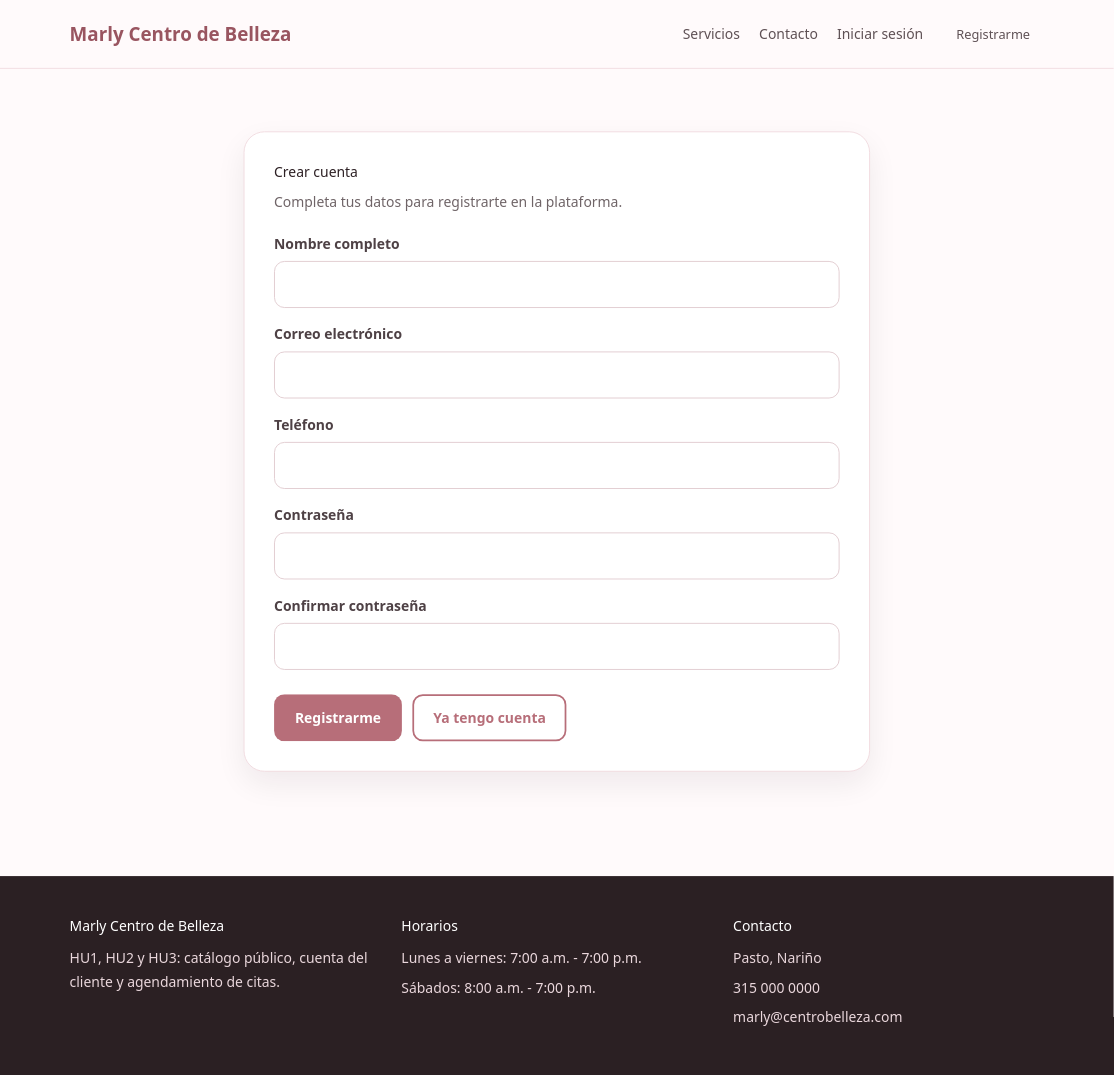
Repository: KarenErazo0/Marly-centro-de-belleza
Page: http://localhost/cliente/registro
The author's editor kept a copy of each file at every save. The page is drawn from the files as they stood at one save, then again after the next save.
The browser window is 1280 px wide. The pictures show the whole page, at 87% of full size.
The page is served by the project's Laravel application, run on PHP 8.4 with Laravel 12. Style sheets and scripts are compiled from the project's sources, by tool versions that may differ from the author's.

Above is the page before, as saved 2026-04-17 09:28:50.

After the next save:
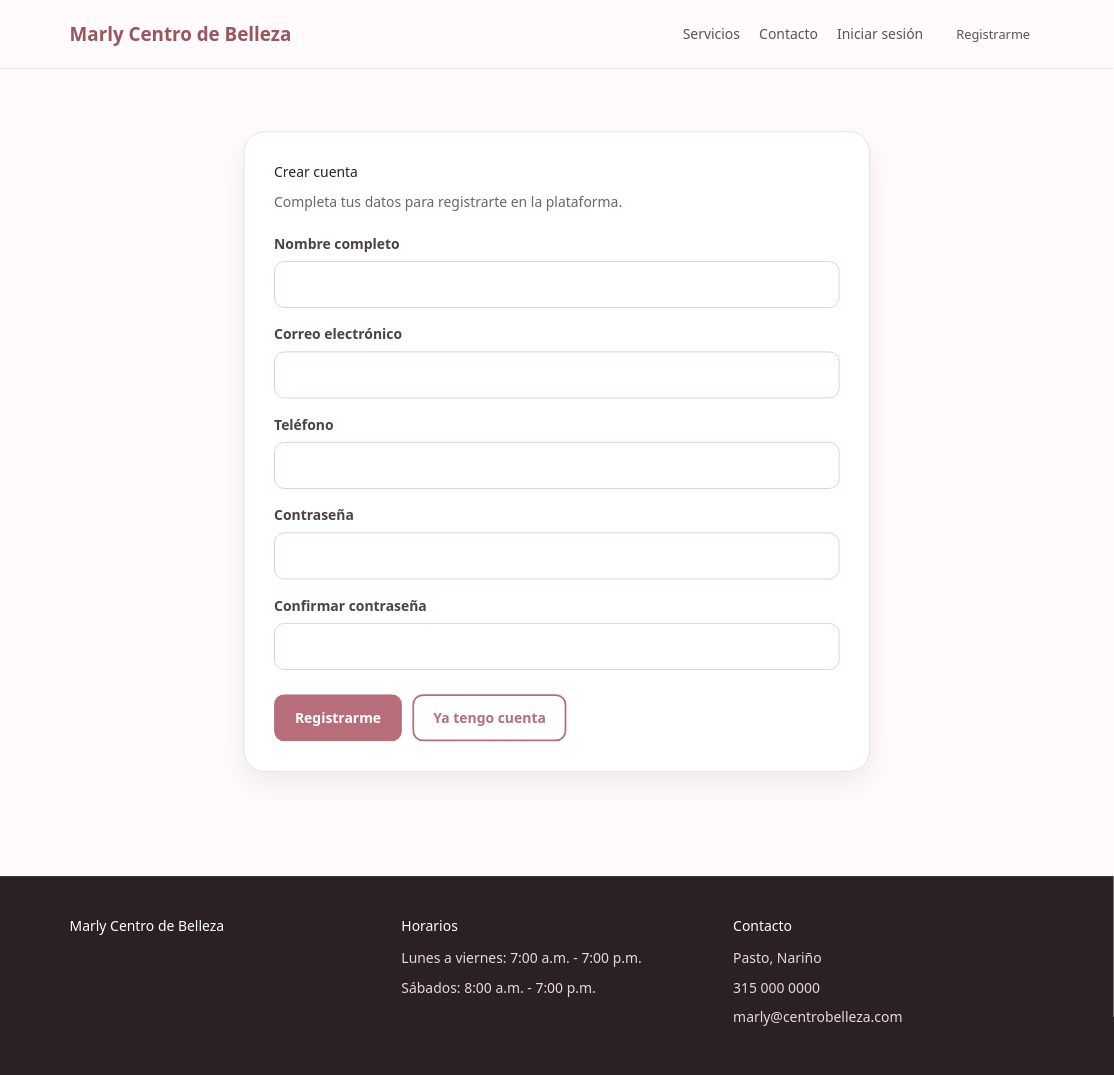
Saved 9 min 52 s later.
--- a/resources/views/plantillas/app.blade.php
+++ b/resources/views/plantillas/app.blade.php
@@ -57,7 +57,7 @@
         <div class="contenedor rejilla-footer">
             <div>
                 <h4>Marly Centro de Belleza</h4>
-                <p>HU1, HU2 y HU3: catálogo público, cuenta del cliente y agendamiento de citas.</p>
+                <p></p>
             </div>
             <div>
                 <h4>Horarios</h4>
